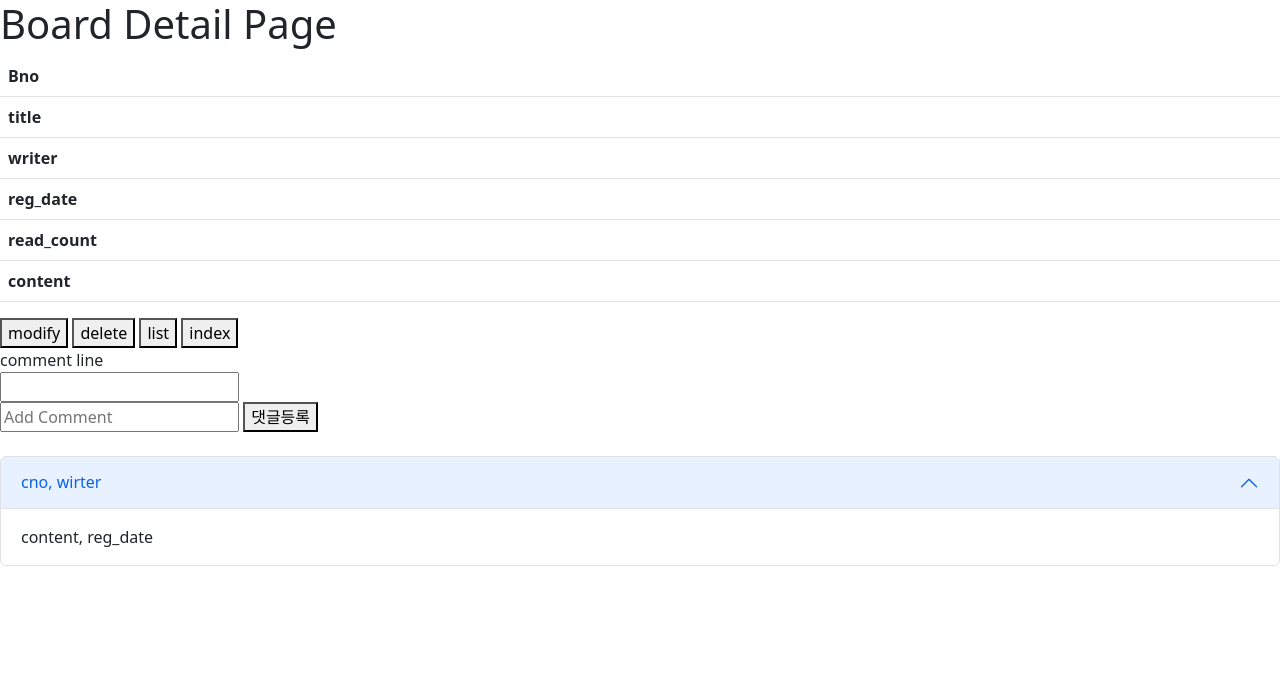
Repository: yangone8249/jsp_project
Page: http://localhost/jsp_project/board/detail.jsp
The author's editor kept a copy of each file at every save. The page is drawn from the files as they stood at one save, then again after the next save.
The browser window is 1280 px wide. The pictures show the whole page.
The page is served by Tomcat 9. Other server files are loaded and not shown. The template is opened directly, without the code that normally fills it, so the values that code supplies are empty.

Above is the page before, as saved 2023-05-19 02:18:54.

### jsp_project4/jsp_project/src/main/webapp/board/detail.jsp
<%@ page language="java" contentType="text/html; charset=UTF-8"
    pageEncoding="UTF-8"%>
<%@ taglib uri="http://java.sun.com/jsp/jstl/core"  prefix="c"%>
<!DOCTYPE html>
<html>
<head>
<meta charset="UTF-8">
<title>Board Detail Page</title>
<!-- CSS only -->
<link href="https://cdn.jsdelivr.net/npm/bootstrap@5.2.2/dist/css/bootstrap.min.css" rel="stylesheet" integrity="sha384-Zenh87qX5JnK2Jl0vWa8Ck2rdkQ2Bzep5IDxbcnCeuOxjzrPF/et3URy9Bv1WTRi" crossorigin="anonymous">
<!-- JavaScript Bundle with Popper -->
<script src="https://cdn.jsdelivr.net/npm/bootstrap@5.2.2/dist/js/bootstrap.bundle.min.js" integrity="sha384-OERcA2EqjJCMA+/3y+gxIOqMEjwtxJY7qPCqsdltbNJuaOe923+mo//f6V8Qbsw3" crossorigin="anonymous"></script>
</head>
<body>
<h1>Board Detail Page</h1>

<table class="table table-hover">
<tr>
	<th>Bno</th>
	<td>${bvo.bno }</td>
</tr>
<tr>
	<th>title</th>
	<td>${bvo.title }</td>
</tr>
<tr>
	<th>writer</th>
	<td>${bvo.writer }</td>
</tr>
<tr>
	<th>reg_date</th>
	<td>${bvo.reg_date }</td>
</tr>
<tr>
	<th>read_count</th>
	<td>${bvo.read_count }</td>
</tr>
<tr>
	<th>content</th>
	<td>${bvo.content }</td>
</tr>

</table>
<a href="/brd/modify?bno=${bvo.bno }"><button type="button">modify</button></a>
<a href="/brd/delete?bno=${bvo.bno }"><button type="button">delete</button></a>
<a href="/brd/list"><button type="button">list</button></a>
<a href="/"><button type="button">index</button></a>

<div>
comment line<br>
<!-- 댓글 작성 라인 -->
<input type="text" id="cmtWriter" value="${ses.id }" readonly="readonly"><br>
<input type="text" id="cmtText" placeholder="Add Comment">
<button type="button" id="cmtAddBtn">댓글등록</button>
</div><br>

<!-- 댓글 표시 라인 -->
<div class="accordion" id="accordionExample">
  <div class="accordion-item">
    <h2 class="accordion-header" id="headingOne">
      <button class="accordion-button" type="button" data-bs-toggle="collapse" data-bs-target="#collapseOne" aria-expanded="true" aria-controls="collapseOne">
        cno, wirter
      </button>
    </h2>
    <div id="collapseOne" class="accordion-collapse collapse show" aria-labelledby="headingOne" data-bs-parent="#accordionExample">
      <div class="accordion-body">
        content, reg_date
      </div>
    </div>
  </div>
</div>
</body>
</html>

After the next save:
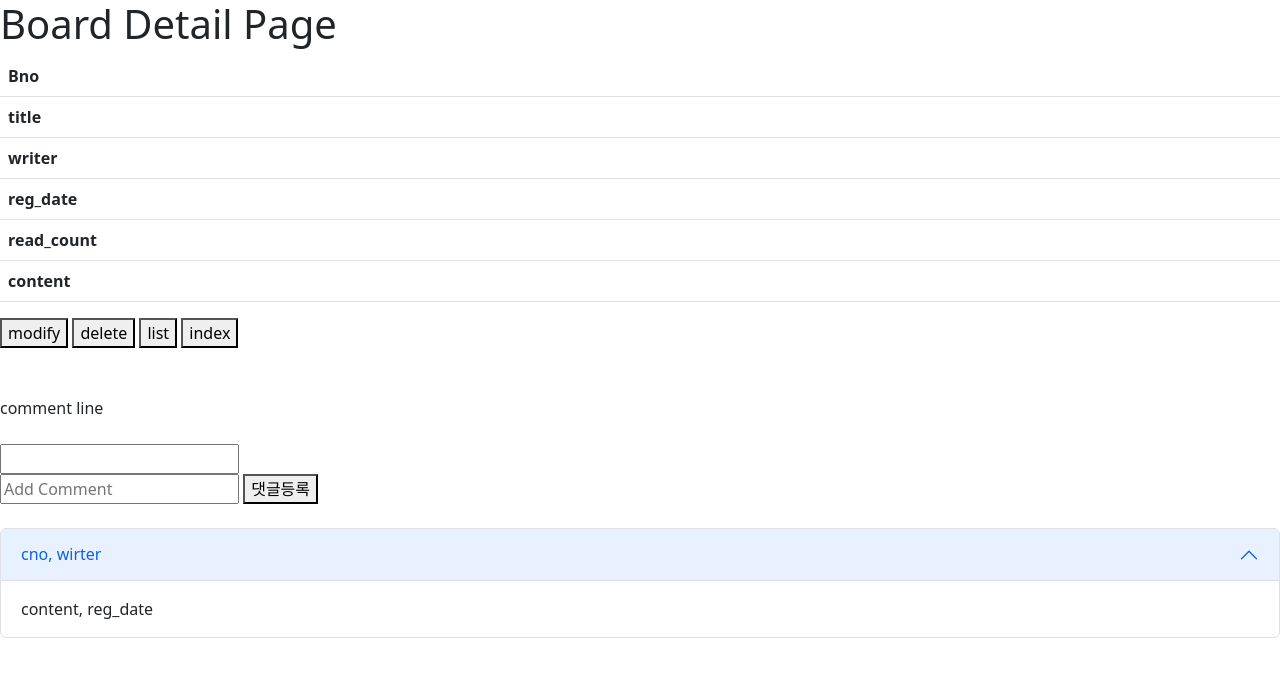
Saved 113 s later.
--- a/jsp_project4/jsp_project/src/main/webapp/board/detail.jsp
+++ b/jsp_project4/jsp_project/src/main/webapp/board/detail.jsp
@@ -46,8 +46,8 @@
 <a href="/brd/list"><button type="button">list</button></a>
 <a href="/"><button type="button">index</button></a>
 
-<div>
-comment line<br>
+<div><br><br>
+comment line<br><br>
 <!-- 댓글 작성 라인 -->
 <input type="text" id="cmtWriter" value="${ses.id }" readonly="readonly"><br>
 <input type="text" id="cmtText" placeholder="Add Comment">
